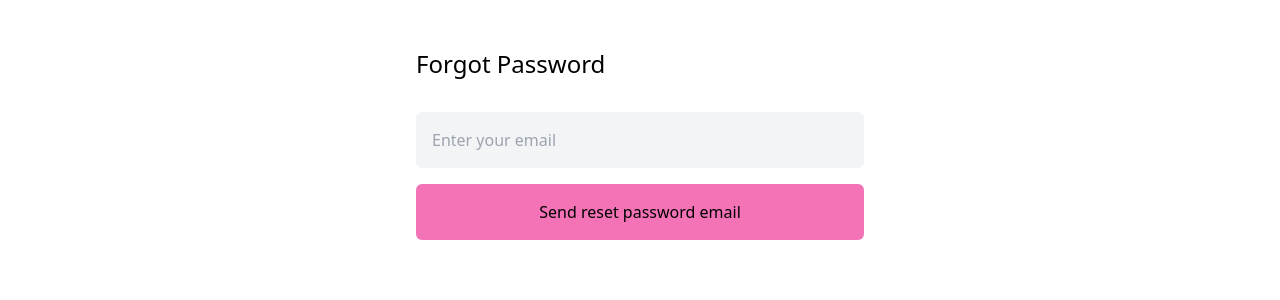
Repository: sevilgenysf/firebase
Page: /forgot-password
An editor plug-in stored every save of this project. The page is shown before and after the next save, followed by the edit.
The browser window is 1280 px wide. The pictures show the whole page.
The project was rebuilt for these pictures with package versions that can differ from the ones it lists, and the page was loaded fresh each time. Also part of the build but not shown: src/pages/Home.js, src/firebase.js, src/pages/SignIn.js, src/pages/SignUp.js.

Above is the page before, as saved 2023-01-04 14:40:12.

### src/App.js
import { BrowserRouter as Router, Routes, Route } from 'react-router-dom';
import Home from './pages/Home';
import SignIn from './pages/SignIn';
import SignUp from './pages/SignUp';
import ForgotPassword from './pages/ForgotPassword';

const App = () => {
	return (
		<Router>
			<Routes>
				<Route path="/" element={<Home />} />
				<Route path="/sign-in" element={<SignIn />} />
				<Route path="/sign-up" element={<SignUp />} />
				<Route path="/forgot-password" element={<ForgotPassword />} />
			</Routes>
		</Router>
	);
};

export default App;

### src/pages/ForgotPassword.js
const ForgotPassword = () => {
	return (
		<div className="max-w-md mx-auto py-12">
			<h1 className="text-2xl">Forgot Password</h1>
			<form className="flex flex-col gap-4 mt-8">
				<input
					type="email"
					placeholder="Enter your email"
					className="p-4 bg-gray-100 rounded-md"
				/>
				<input
					type="submit"
					value="Send reset password email"
					className="p-4 bg-pink-400 rounded-md"
				/>
			</form>
		</div>
	);
};

export default ForgotPassword;

### tailwind.config.js
/** @type {import('tailwindcss').Config} */
module.exports = {
	content: ['./src/**/*.{js,jsx,ts,tsx}'],
	theme: {
		extend: {}
	},
	plugins: []
};

Loaded but not shown: public/index.html (common file); src/index.js (common file); src/index.css (common file); src/reportWebVitals.js (common file)

After the next save:
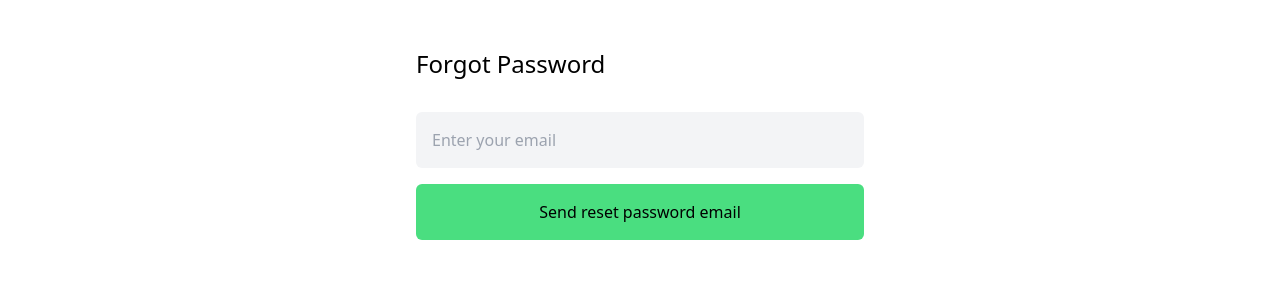
Saved 11 s later.
--- a/src/pages/ForgotPassword.js
+++ b/src/pages/ForgotPassword.js
@@ -11,7 +11,7 @@ const ForgotPassword = () => {
 				<input
 					type="submit"
 					value="Send reset password email"
-					className="p-4 bg-pink-400 rounded-md"
+					className="p-4 bg-green-400 rounded-md"
 				/>
 			</form>
 		</div>
